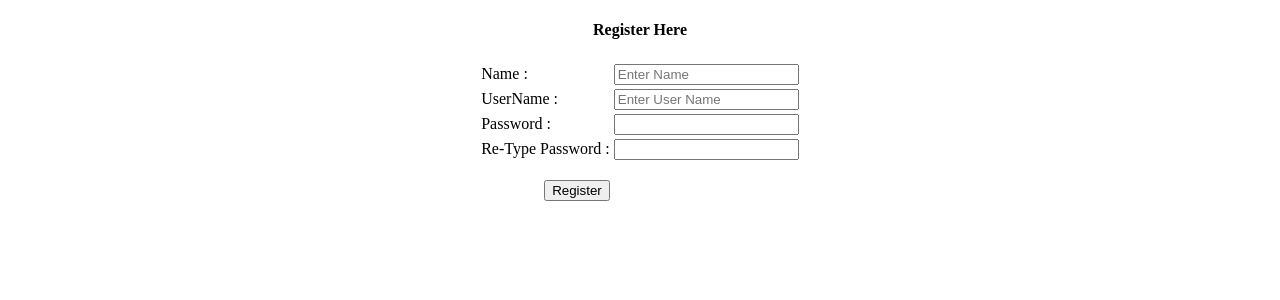
Repository: ShegokarSneha/Login-Registration
Page: http://localhost/LoginRegistration/Register.jsp
These files come from the project's save history. The page is drawn as it stood at one moment and after the next save; the edit follows.
The browser window is 1280 px wide. The pictures show the whole page.
The page is served by Tomcat 9. Other server files are loaded and not shown.

Above is the page before, as saved 2019-07-09 04:39:41.

### LoginRegistration/WebContent/Register.jsp
<%@ page language="java" contentType="text/html; charset=UTF-8"
	pageEncoding="UTF-8"%>
<!DOCTYPE html>
<html>
<head>
<meta charset="UTF-8">
<title>Insert title here</title>
</head>
<body>
	<center>
	<h4>Register Here</h4>
		<form action="Registration">
			<table>

				<tr>
					<td>Name :</td>
					<td><input type="text" name="name"
					placeholder = "Enter Name"></td>
				<tr>
					<td>UserName :</td>
					<td><input type="text" name="username"
					placeholder = "Enter User Name"></td>
				<tr>
					<td>Password :</td>
					<td><input type="password" name="password"></td>
				<tr>
					<td>Re-Type Password :</td>
					<td><input type="password" name="password"></td>
				<tr>
					<td><p align="right">
							<input type="Submit" name="Submit" value="Register">
						</p></td>
			</table>
		</form>
	</center>
</body>
</html>

After the next save:
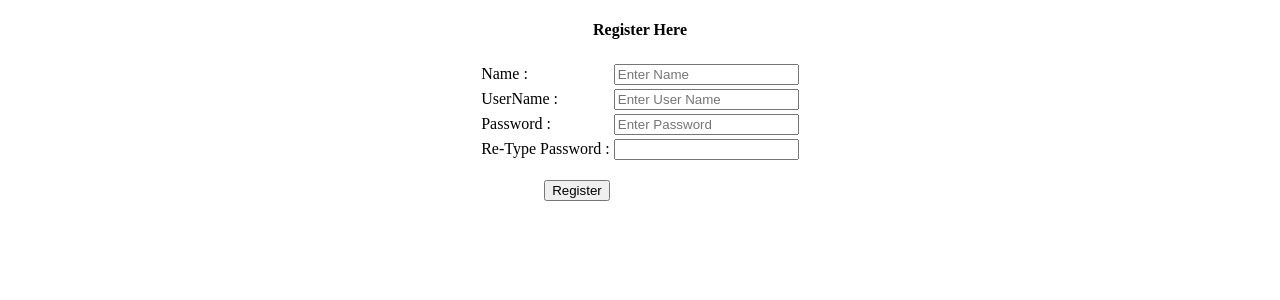
Saved 57 s later.
--- a/LoginRegistration/WebContent/Register.jsp
+++ b/LoginRegistration/WebContent/Register.jsp
@@ -22,7 +22,8 @@
 					placeholder = "Enter User Name"></td>
 				<tr>
 					<td>Password :</td>
-					<td><input type="password" name="password"></td>
+					<td><input type="password" name="password"
+					placeholder = "Enter Password"></td>
 				<tr>
 					<td>Re-Type Password :</td>
 					<td><input type="password" name="password"></td>
